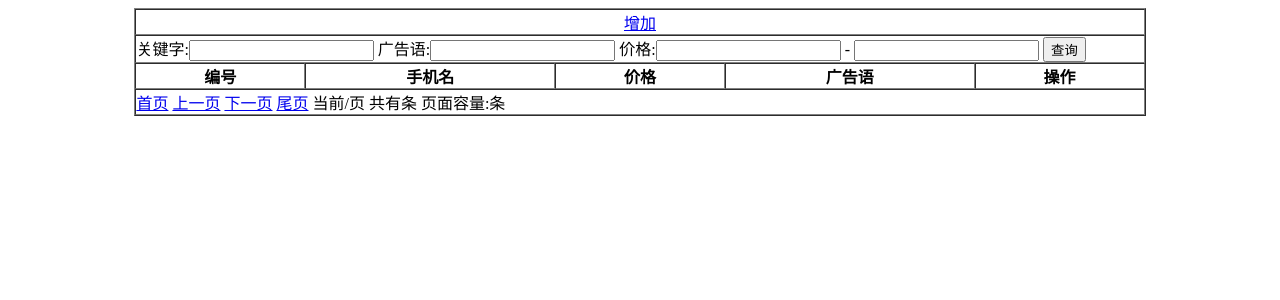
Repository: qyl1006/JavaCode
Page: http://localhost/task/WEB-INF/views/product/list.jsp
The author's editor kept a copy of each file at every save. The page is drawn from the files as they stood at one save, then again after the next save.
The browser window is 1280 px wide. The pictures show the whole page.
The page is served by Tomcat 9. Nobody is signed in. Other server files are loaded and not shown. The template is opened directly, without the code that normally fills it, so the values that code supplies are empty.

Above is the page before, as saved 2018-03-14 10:32:35.

### workspace/task/webapp/WEB-INF/views/product/list.jsp
<%@ page language="java" contentType="text/html; charset=UTF-8"
    pageEncoding="UTF-8"%>
<!DOCTYPE html PUBLIC "-//W3C//DTD HTML 4.01 Transitional//EN" "http://www.w3.org/TR/html4/loose.dtd">
<%@ taglib prefix="c" uri="http://java.sun.com/jsp/jstl/core" %>
<html>
<head>
<meta http-equiv="Content-Type" content="text/html; charset=UTF-8">
<title>Insert title here</title>
</head>
<form action="/product" method="post" id="f1">
	<table align="center" border="1" cellpadding="0" cellspacing="0" width="80%">
		<tr align="center">
			<td colspan="5">
				<a href="/product?cmd=edit">增加</a>
			</td>
		</tr>

		<tr>
			<td colspan="5">
				关键字:<input type="text" name="name" value="${qo.name}"/>
				广告语:<input type="text" name="info" value="${qo.info}"/>
				价格:<input type="text" name="Minprice" value="${qo.minprice}"/> -
					<input type="text" name="Maxprice" value="${qo.maxprice}"/>
					<input type="submit" value="查询"/>
			</td>
		</tr>
		<tr align="center">
			<th>编号</th>
			<th>手机名</th>
			<th>价格</th>
			<th>广告语</th>
			<th>操作</th>
		</tr>

	<c:forEach items="${result.data}" var="p" varStatus="vs">
		<tr align="center" style="background-color: ${vs.count % 2 == 0 ? '' : 'red'}">
			<td>${p.id}</td>
			<td>${p.name}</td>
			<td>${p.price}</td>
			<td>${p.info}</td>
			<td>
				<a href="/product?cmd=edit&id=${p.id}">编辑</a>
				<a href="/product?cmd=delete&id=${p.id}">删除</a>
			</td>
		</tr>
	</c:forEach>

		<tr>
			<td colspan="5">
				<a href="/product?currentPage=1">首页</a>
				<a href="/product?currentPage=${result.prevPage}">上一页</a>
				<a href="/product?currentPage=${result.nextPage}">下一页</a>
				<a href="/product?currentPage=${result.endPage}">尾页</a>
				当前${result.currentPage}/${result.endPage}页
				共有${result.pageCount}条
				页面容量:${result.pageSize}条
			</td>
		</tr>
	</table>
</form>
<body>
</body>
</html>

After the next save:
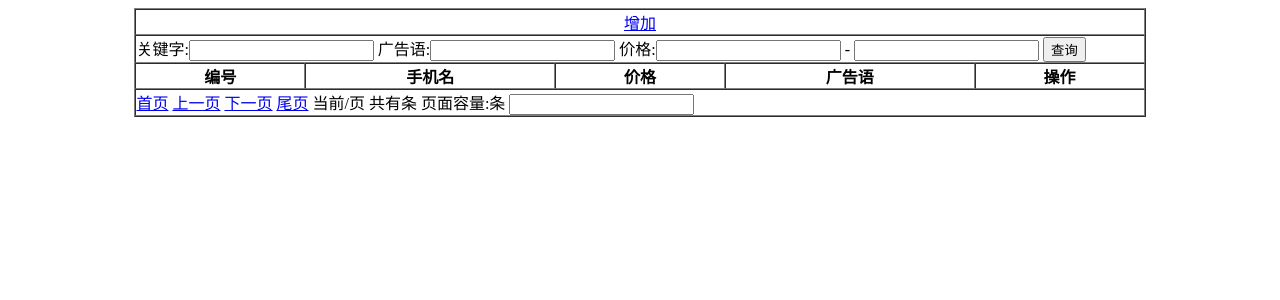
Saved 21 s later.
--- a/workspace/task/webapp/WEB-INF/views/product/list.jsp
+++ b/workspace/task/webapp/WEB-INF/views/product/list.jsp
@@ -54,6 +54,7 @@
 				当前${result.currentPage}/${result.endPage}页
 				共有${result.pageCount}条
 				页面容量:${result.pageSize}条
+				<input type="num"number"/>
 			</td>
 		</tr>
 	</table>
